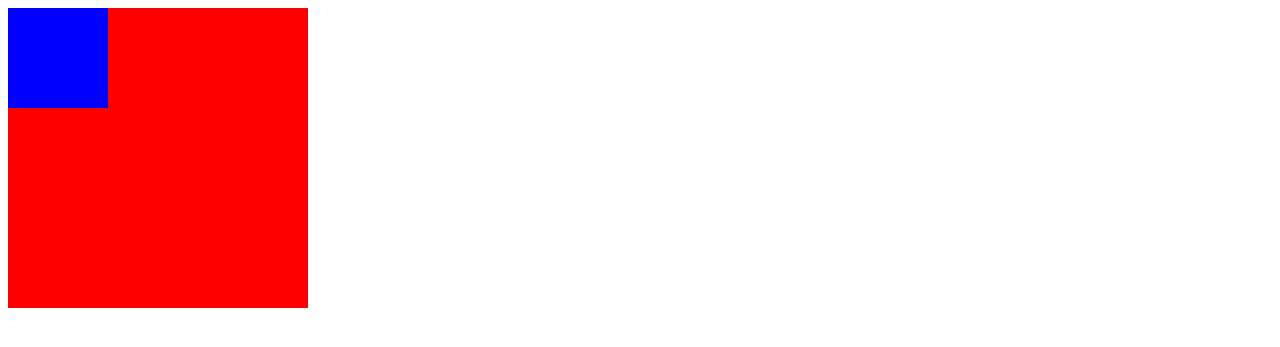
Repository: pureforest/html
Page: box/box.html
The author's editor kept a record of every edit. The page is drawn from the files as they stood at one moment, then again after the next edit.
The browser window is 1280 px wide. The pictures show the whole page.

Above is the page before.

### box/box.html
<!DOCTYPE html>
<html lang="ja">
  <head>
    <meta charset="UTF-8" />
    <!-- CSSファイルの読み込み -->
    <link rel="stylesheet" href="box.css" />
    <title>BOX</title>
  </head>

  <body>
    <!-- box1用のdiv -->
    <div class="box1">
     <div class="box2"></div>
  </body>
</html>

### box/box.css
.box1 {
  width: 300px;
  height: 300px;
  background-color: red;
}

.box2 {
  width: 100px;
  height: 100px;
  background-color: blue;
}

After the next edit:
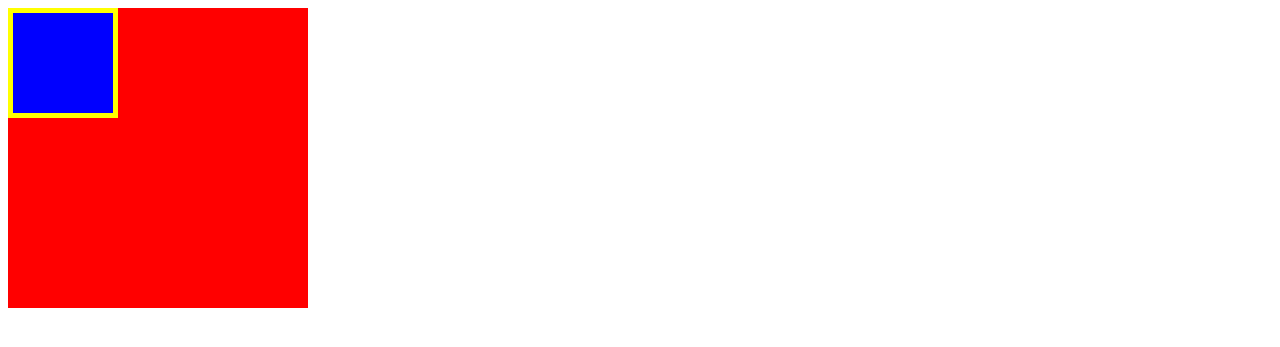
The edit:
--- a/box/box.css
+++ b/box/box.css
@@ -8,4 +8,5 @@
   width: 100px;
   height: 100px;
   background-color: blue;
+  border: 5px solid yellow;
 }
